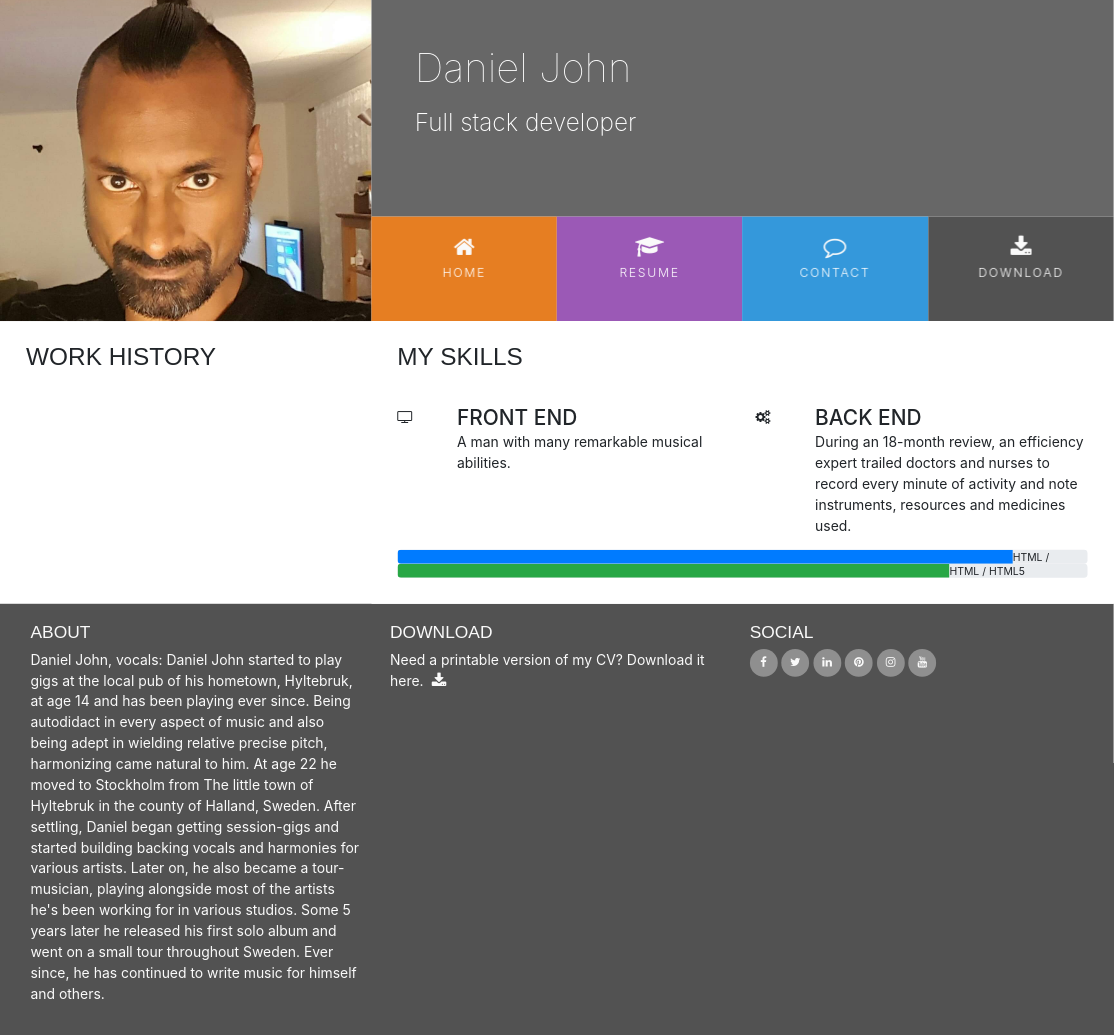
Repository: Jadehammar/initial-commit
Page: resume.html
The author's editor kept a record of every edit. The page is drawn from the files as they stood at one moment, then again after the next edit.
The browser window is 1280 px wide. The pictures show the whole page, at 87% of full size.

Above is the page before.

After the next edit:
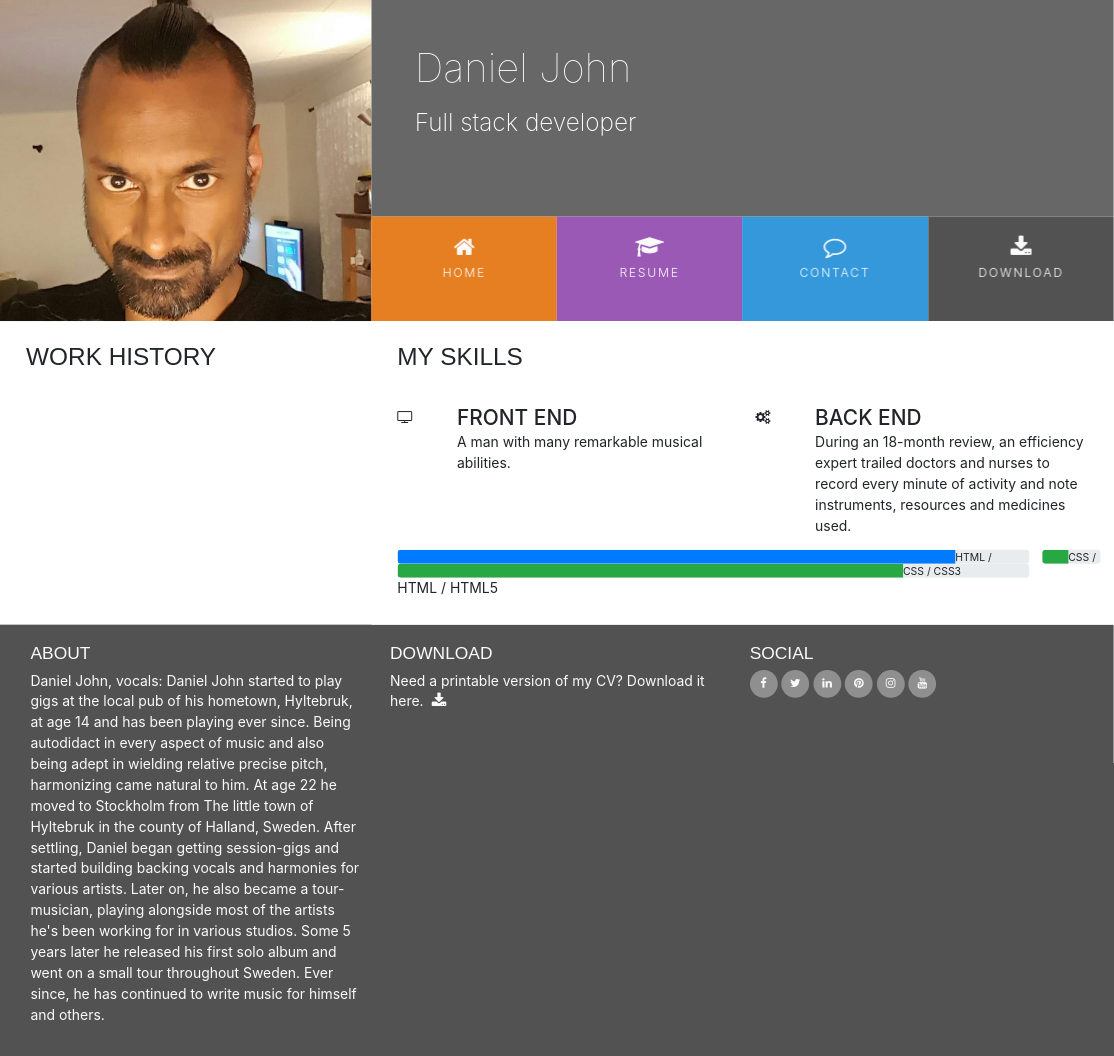
The edit:
--- a/resume.html
+++ b/resume.html
@@ -100,7 +100,18 @@
                             <div class="progress-bar bg-success" role="progressbar" aria-valuenow="80" aria-valuemin="0" aria-valuemax="100" style="width:80%;">
                                 <span class="sr-only">80% complete</span>
                             </div>
+                            <span class="progress-type">CSS / CSS3</span>
+                        </div>
+                        <div class="progress-bar bg-info" role="progressbar" aria-valuenow="70" aria-valuemin="0" aria-valuemax="100" style="width:70%;">
+                                <span class="sr-only">70% complete</span>
+                            </div>
                             <span class="progress-type">HTML / HTML5</span>
+                        </div>
+                        <div class="progress">
+                            <div class="progress-bar bg-success" role="progressbar" aria-valuenow="80" aria-valuemin="0" aria-valuemax="100" style="width:80%;">
+                                <span class="sr-only">80% complete</span>
+                            </div>
+                            <span class="progress-type">CSS / CSS3</span>
                         </div>
                 </div>
             </div>
